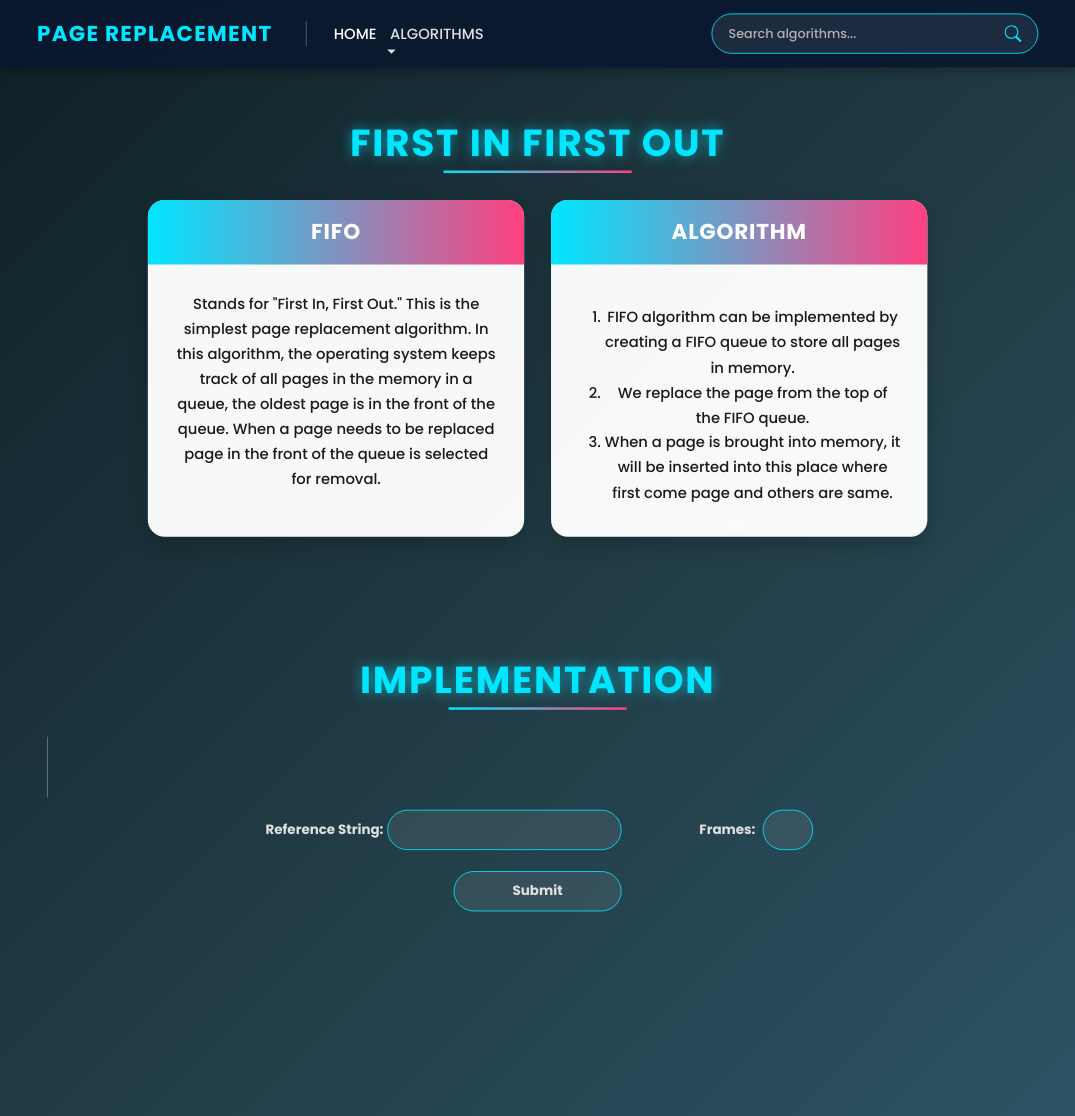
Repository: nusuranur/Page-Replacement-Algorithms-Simulator2.0
Page: Page-Replacement-Algorithms-Simulator-master/fifo.html
These files come from the project's save history. The page is drawn as it stood at one moment and after the next save; the edit follows.
The browser window is 1280 px wide. The pictures show the whole page, at 84% of full size.

Above is the page before, as saved 2025-08-05 16:48:14.

After the next save:
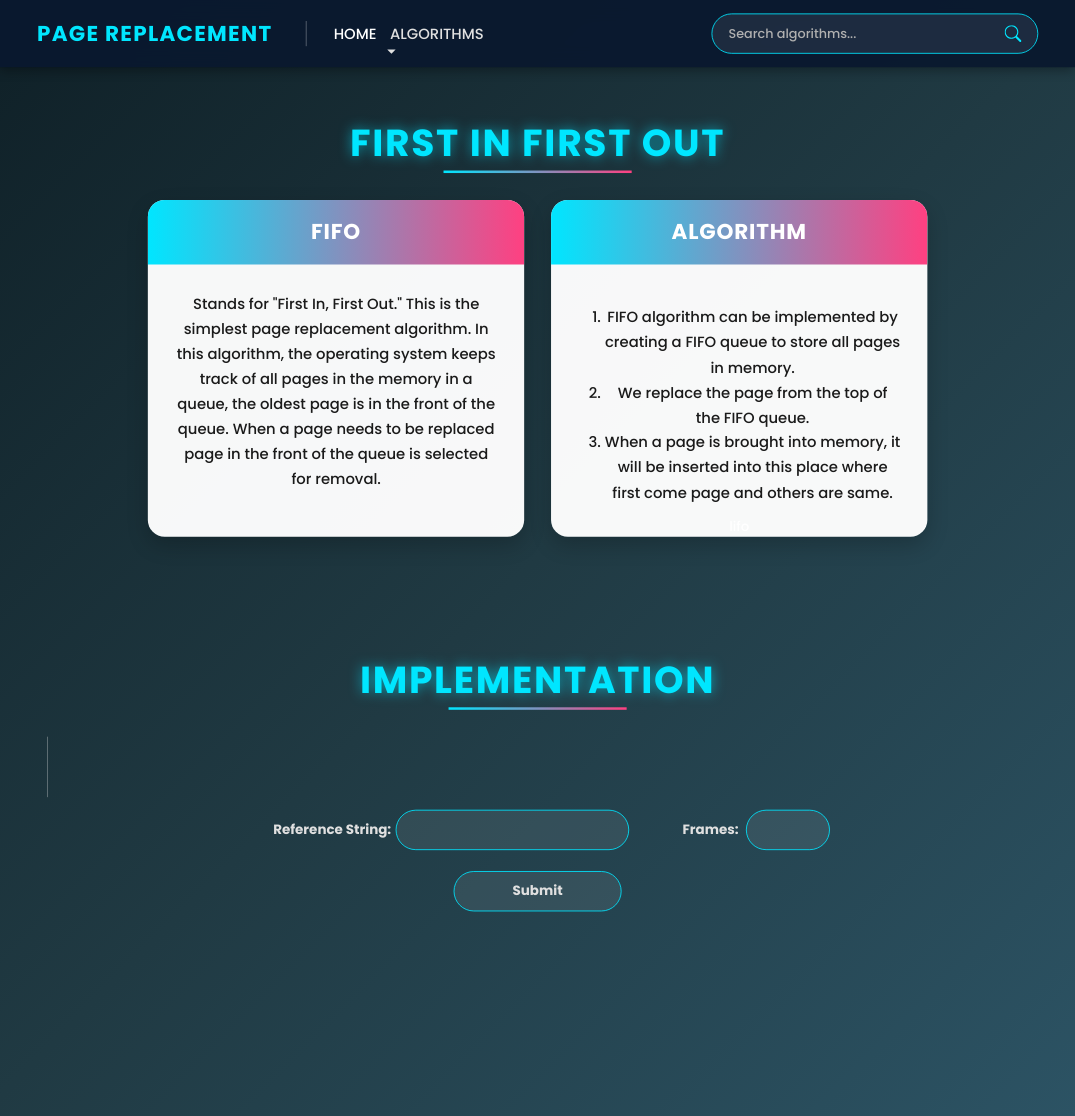
Saved 25 s later.
--- a/Page-Replacement-Algorithms-Simulator-master/fifo.html
+++ b/Page-Replacement-Algorithms-Simulator-master/fifo.html
@@ -450,7 +450,7 @@
                     </div>
                     <div style="margin: 10px; width: fit-content">
                         <strong>Frames:</strong>
-                        <input class="input" type="number" id="frames" style="width: 30%; min-width: 50px; margin: 5px;"
+                        <input class="input" type="number" id="frames" style="width: 100px; min-width: 50px; margin: 5px;"
                             min=1 max=10>
                     </div>
                 </div>
